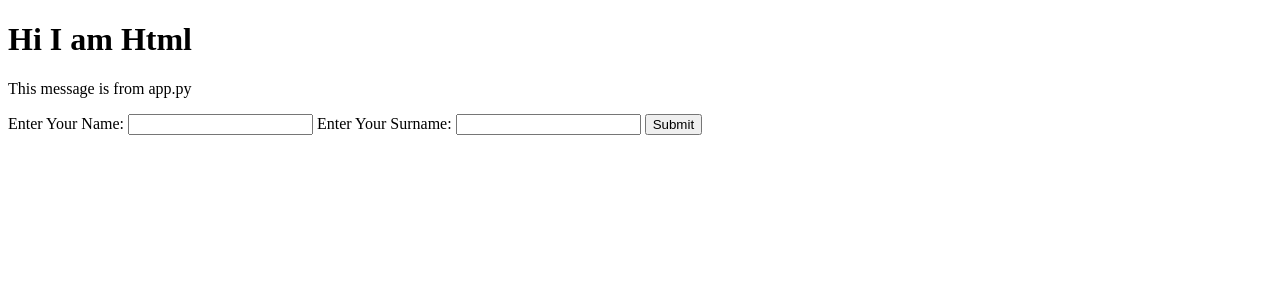
Repository: AlexandruMoloman/FormValidate-05Nov2024-
Page: http://localhost/
The author's editor kept a copy of each file at every save. The page is drawn from the files as they stood at one save, then again after the next save.
The browser window is 1280 px wide. The pictures show the whole page.
The page is served by the project's application, run on Flask 3 (app.py).

Above is the page before, as saved 2024-10-22 13:32:49.

After the next save:
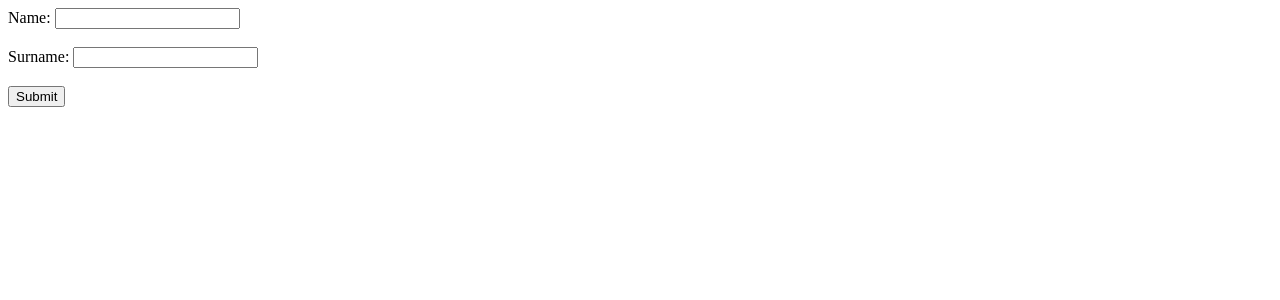
Saved 18 s later.
--- a/templates/home.html
+++ b/templates/home.html
@@ -3,18 +3,17 @@
   <head>
     <meta charset="UTF-8" />
     <meta name="viewport" content="width=device-width, initial-scale=1.0" />
-    <title>Document</title>
+    <title>Home</title>
   </head>
   <body>
-    <h1>Hi I am Html</h1>
-    <p>{{ message }}</p>
+    <form action="{{ url_for('greet') }}" method="POST">
+      <label for="name">Name:</label>
+      <input type="text" id="name" name="name" required /><br /><br />
 
-    <form action="/greet" method="POST">
-      <label for="name">Enter Your Name: </label>
-      <input type="text" id="name" name="name" required />
-      <label for="surname">Enter Your Surname: </label>
-      <input type="text" id="surname" name="surname" required />
-      <button type="submit" value="submit">Submit</button>
+      <label for="surname">Surname:</label>
+      <input type="text" id="surname" name="surname" required /><br /><br />
+
+      <input type="submit" value="Submit" />
     </form>
   </body>
 </html>
